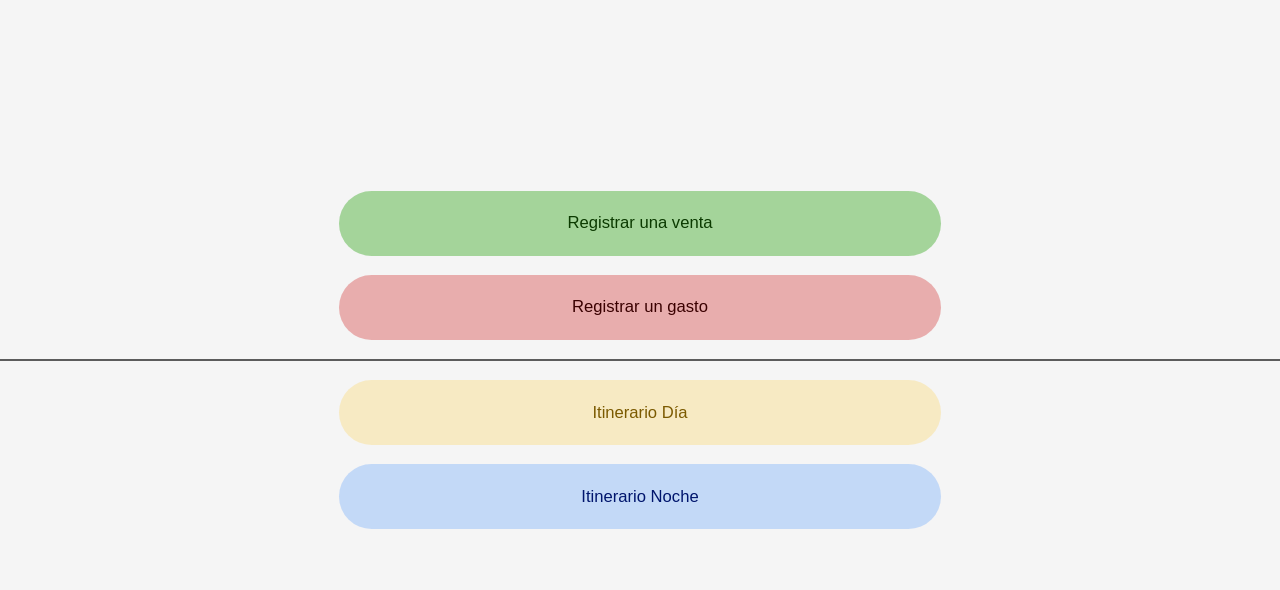
Repository: aCoupon0/intranet
Page: index.html
An editor plug-in stored every save of this project. The page is shown before and after the next save, followed by the edit.
The browser window is 1280 px wide. The pictures show the whole page.

Above is the page before, as saved 2024-11-29 11:57:48.

After the next save:
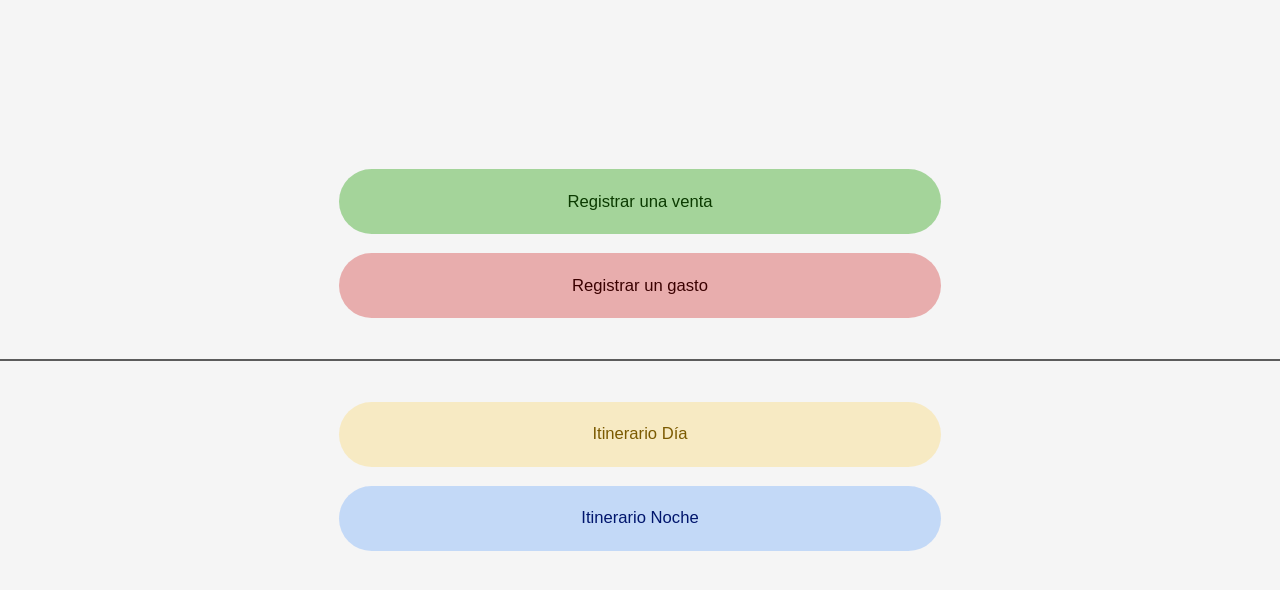
Saved 15 s later.
--- a/css/main.css
+++ b/css/main.css
@@ -34,6 +34,8 @@
     height: 2px;
     background-color: #5c5c5c;
     border: 5vw;
+    margin-top: 3vh;
+    margin-bottom: 3vh;
 }
 
 .venta {
